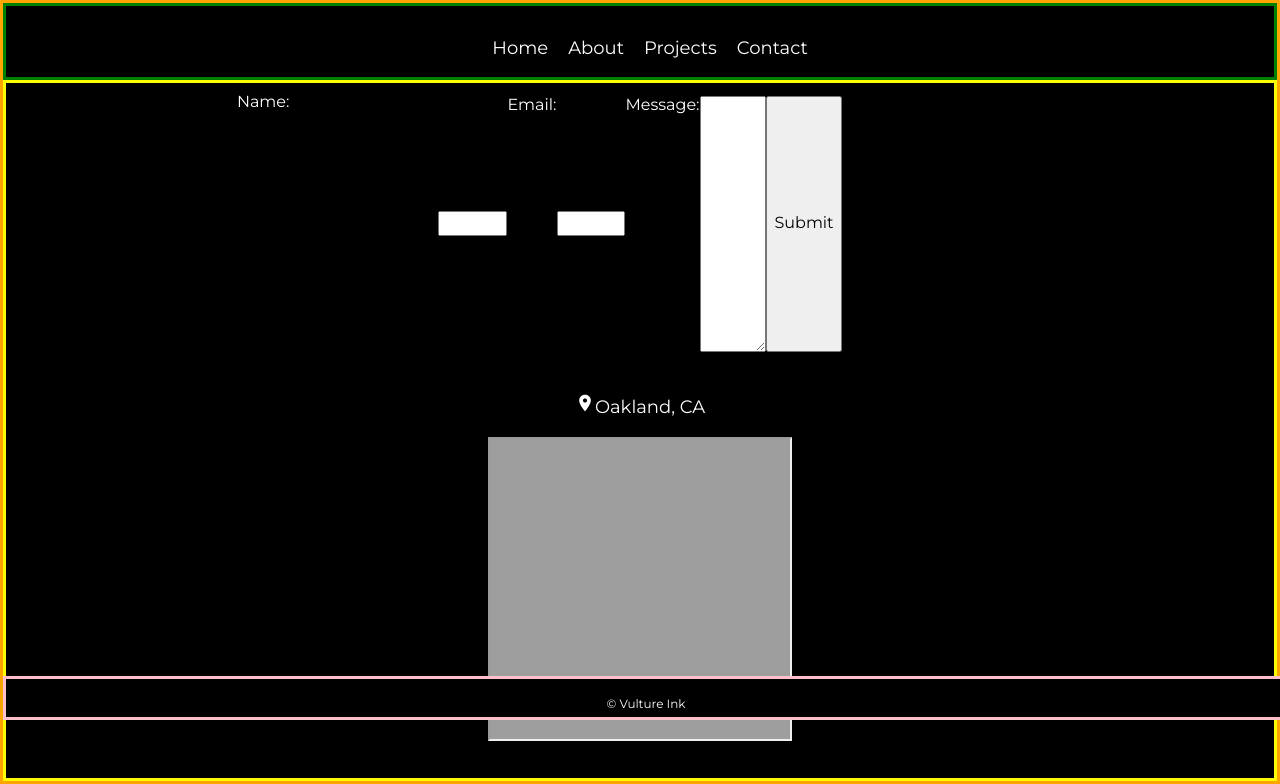
Repository: kaitlynMidori/anon_ink
Page: pages/Contact.html
The author's editor kept a copy of each file at every save. The page is drawn from the files as they stood at one save, then again after the next save.
The browser window is 1280 px wide. The pictures show the whole page.
Pictures or frames that could not be fetched are drawn as grey boxes. Some web libraries are served in a nearby version.

Above is the page before, as saved 2021-09-07 13:29:10.

After the next save:
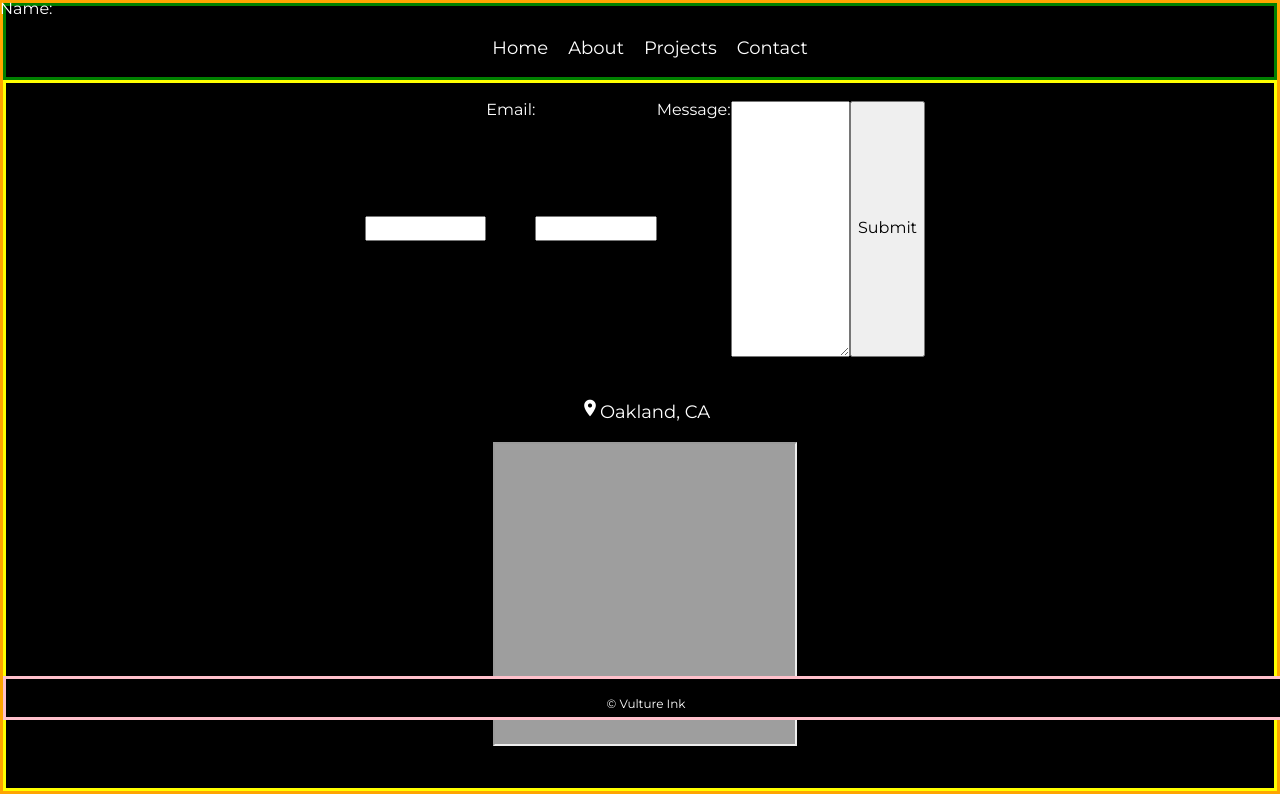
Saved 11 min 31 s later.
--- a/pages/Contact.html
+++ b/pages/Contact.html
@@ -30,8 +30,7 @@
     <section>
       <form class="multi-form">
       <!-- <h2>Get in Touch</h2> -->
-      <div class="multi-form-root">
-      <!-- <div class="contact-container"> -->
+      <div class="contact-container">
 
         <div class="contact-form">
             <form action="https://formspree.io/f/xrgoqyge" method="post">
